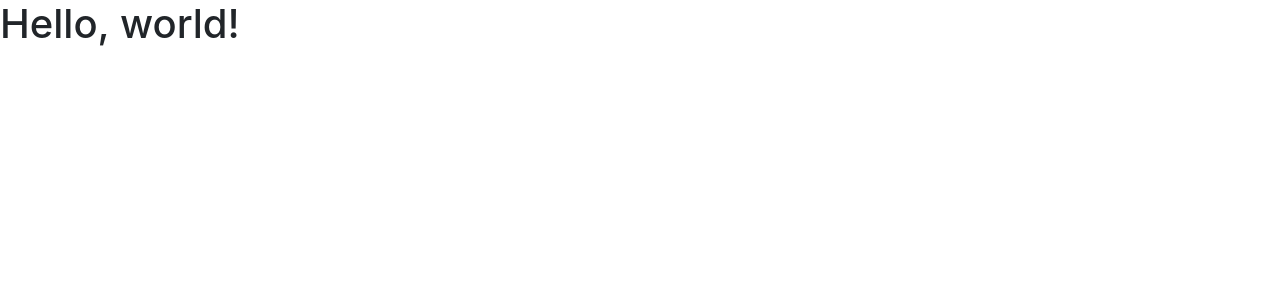
Repository: parvaizsajad/SpringFrameWork
Page: http://localhost/com.spring.mvc/services
An editor plug-in stored every save of this project. The page is shown before and after the next save, followed by the edit.
The browser window is 1280 px wide. The pictures show the whole page.
Some web libraries are served in a nearby version. The page is served by Tomcat 9.

Above is the page before, as saved 2021-09-09 17:11:15.

After the next save:
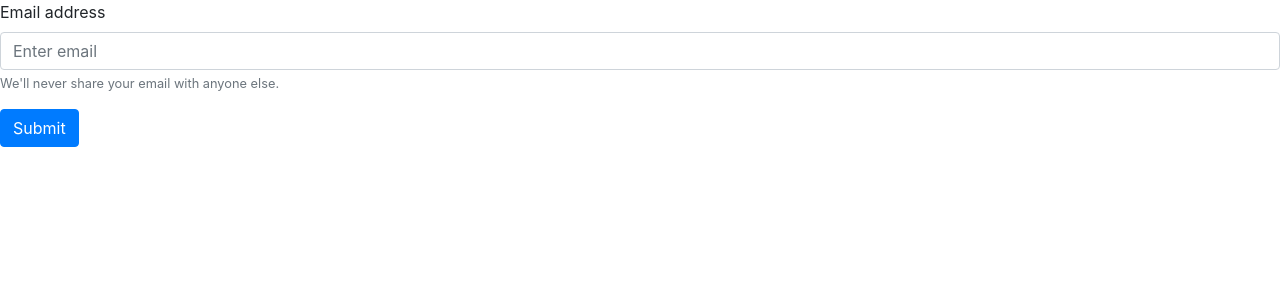
Saved 21 s later.
--- a/com.spring.mvc/src/main/webapp/WEB-INF/views/services.jsp
+++ b/com.spring.mvc/src/main/webapp/WEB-INF/views/services.jsp
@@ -13,7 +13,18 @@
     <title>Hello, world!</title>
   </head>
   <body>
-    <h1>Hello, world!</h1>
+   <!-- form -->
+
+   <form>
+  <div class="form-group">
+    <label for="exampleInputEmail1">Email address</label>
+    <input type="email" class="form-control" id="exampleInputEmail1" aria-describedby="emailHelp" placeholder="Enter email">
+    <small id="emailHelp" class="form-text text-muted">We'll never share your email with anyone else.</small>
+  </div>
+
+
+  <button type="submit" class="btn btn-primary">Submit</button>
+</form>
 
     <!-- Optional JavaScript -->
     <!-- jQuery first, then Popper.js, then Bootstrap JS -->
--- a/com.spring.mvc/src/main/java/com/spring/mvc/HomeController/form.java
+++ b/com.spring.mvc/src/main/java/com/spring/mvc/HomeController/form.java
@@ -1,5 +1,13 @@
 package com.spring.mvc.HomeController;
 
+import org.springframework.stereotype.Controller;
+import org.springframework.web.bind.annotation.RequestMapping;
+
+@Controller
 public class form {
 
+	@RequestMapping("/form")
+	public String view() {
+		return "form";
+	}
 }
